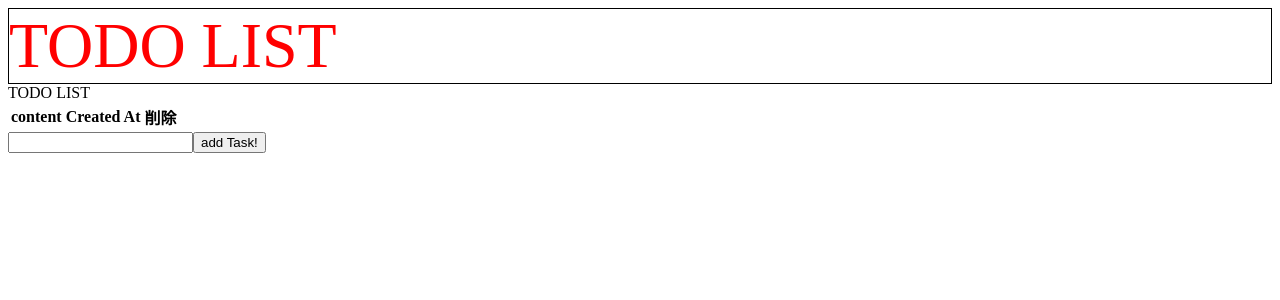
Repository: WistreHosshii/hacathon_todolList
Page: /
The author's editor kept a copy of each file at every save. The page is drawn from the files as they stood at one save, then again after the next save.
The browser window is 1280 px wide. The pictures show the whole page.
The page's requests for data from a server got no answer. The project was rebuilt for these pictures with package versions that can differ from the ones it lists, and the page was loaded fresh each time. No one was signed in, and anything a server would have sent is missing.

Above is the page before, as saved 2019-06-10 23:51:35.

### index.html
<!DOCTYPE html>
<html lang="ja">

<head>
    <meta charset="UTF-8">
    <meta name="viewport" content="width=device-width, initial-scale=1.0">
    <meta http-equiv="X-UA-Compatible" content="ie=edge">
    <title>Document</title>
    <!-- <link rel="stylesheet" href="./index.css"> -->
</head>

<body>
    <div id="root"></div>
    <script src="./index.tsx"></script>
</body>

</html>

### App.tsx
import React, { Component } from 'react';
import { get, post, deleteTask } from './axios';
import styled from 'styled-components';

const CustomizedText = styled.div`
  font-size: 4rem;
  color: red;
  border: 1px solid black;
`;
const Body = styled.div`
  width: 100%;
  font-size: 1rem;
`;
interface Props {}
interface State {
  todos: Todo[];
  value: string;
}

export default class App extends Component<Props, State> {
  constructor(props: any) {
    super(props);
    this.state = {
      todos: [],
      value: '',
    };
    this.handleChange = this.handleChange.bind(this);
  }

  componentDidMount() {
    get().then(response => {
      const todos: Todo[] = response.data.todos;
      this.setState({ todos });
    });
  }
  addTaskHandler() {
    if (this.state.value !== '') {
      post(this.state.value).then(response => {
        const todo: Todo = response.data;
        this.setState(state => ({ todos: [...state.todos, todo] }));
        this.setState({ value: '' });
      });
    }
  }
  deleteTaskHandler(id: string) {
    deleteTask(id).then(response => {
      const todos = this.state.todos.filter(v => v.id !== id);
      this.setState({ todos });
    });
  }
  handleChange(event: any) {
    this.setState({ value: event.target.value });
  }

  render() {
    return (
      <Body>
        <div className="todoList">
          <CustomizedText>TODO LIST</CustomizedText>
          <div className="title">TODO LIST</div>
          <div className="contents">
            <table>
              <tbody>
                <tr>
                  <th>content</th>
                  <th>Created At</th>
                  <th>削除</th>
                </tr>

                {this.state.todos.reverse().map((todo, i) => {
                  return (
                    <tr key={i}>
                      <td>{todo.content}</td>
                      <td>{new Date(todo.createdAt).toLocaleString()}</td>
                      <td>
                        <button
                          onClick={() => {
                            this.deleteTaskHandler(todo.id);
                          }}
                        >
                          削除!
                        </button>
                      </td>
                    </tr>
                  );
                })}
              </tbody>
            </table>
          </div>
          <div className="computeTaskWrapper">
            <input type="text" value={this.state.value} onChange={this.handleChange} />
            <button
              className="btn"
              onClick={() => {
                this.addTaskHandler();
              }}
            >
              add Task!
            </button>
          </div>
        </div>
      </Body>
    );
  }
}

### axios.tsx
import axios from 'axios';
import App from './App';

const url = 'http://hackathon-test-server.jichoup.trap.show/';
export const get = () => {
  return axios.get(url);
};
export const post = (value: string) => {
  const content: TodoList.Post.Request = { content: value };
  return axios.post(url, content);
};
export const deleteTask = (_id: string) => {
  const id: TodoList.Delete.Request = { id: _id };
  return axios.delete(url, { data: id });
};

Loaded but not shown: index.tsx (common file)

After the next save:
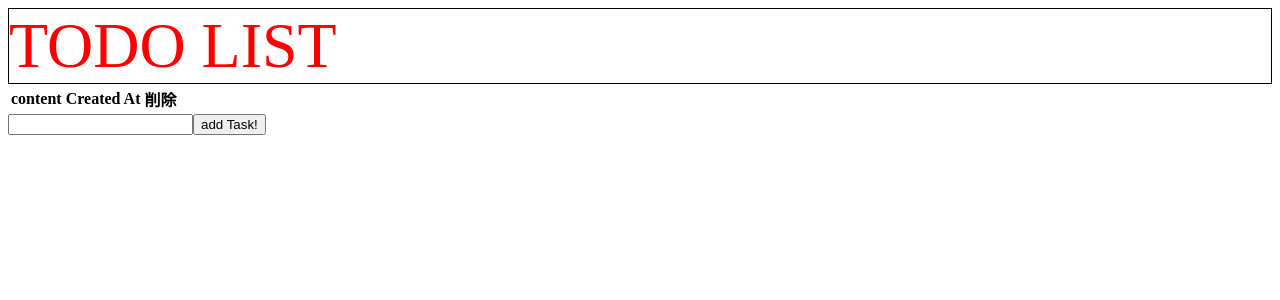
Saved 23 s later.
--- a/App.tsx
+++ b/App.tsx
@@ -57,7 +57,6 @@ export default class App extends Component<Props, State> {
       <Body>
         <div className="todoList">
           <CustomizedText>TODO LIST</CustomizedText>
-          <div className="title">TODO LIST</div>
           <div className="contents">
             <table>
               <tbody>
